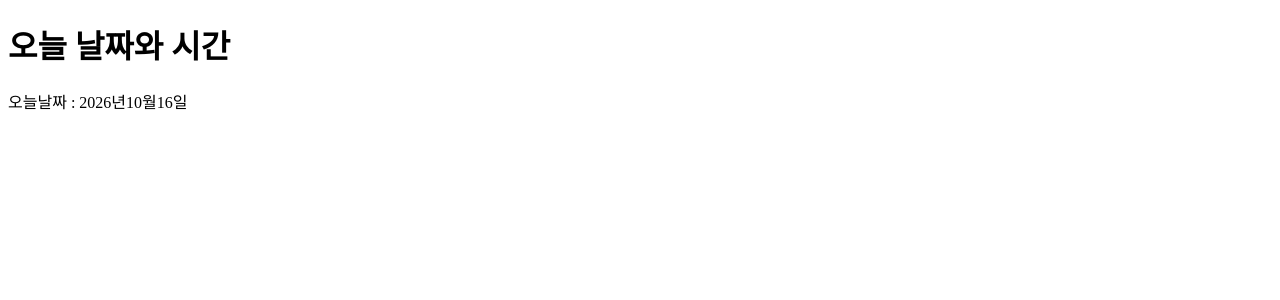
Repository: hyeongu135-ui/Jsp2026
Page: http://localhost/chapter01/test03.jsp
These files come from the project's save history. The page is drawn as it stood at one moment and after the next save; the edit follows.
The browser window is 1280 px wide. The pictures show the whole page.
The page is served by Tomcat 9.

Above is the page before, as saved 2026-10-16 02:46:29.

After the next save:
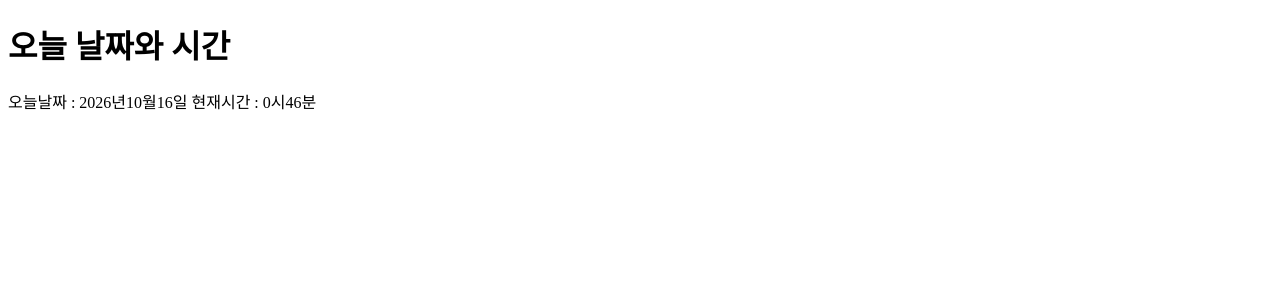
Saved 91 s later.
--- a/chapter01/src/main/webapp/test03.jsp
+++ b/chapter01/src/main/webapp/test03.jsp
@@ -13,7 +13,10 @@
 	int year = today.getYear()+1900;
 	int month = today.getMonth()+1;
 	int day = today.getDate();
+	int hour = today.getHours();
+	int minute = today.getMinutes();
 	%>
 	오늘날짜 : <%=year+"년"+month+"월"+day+"일" %>
+	현재시간 : <%=hour+"시"+minute+"분" %>
 </body>
 </html>
